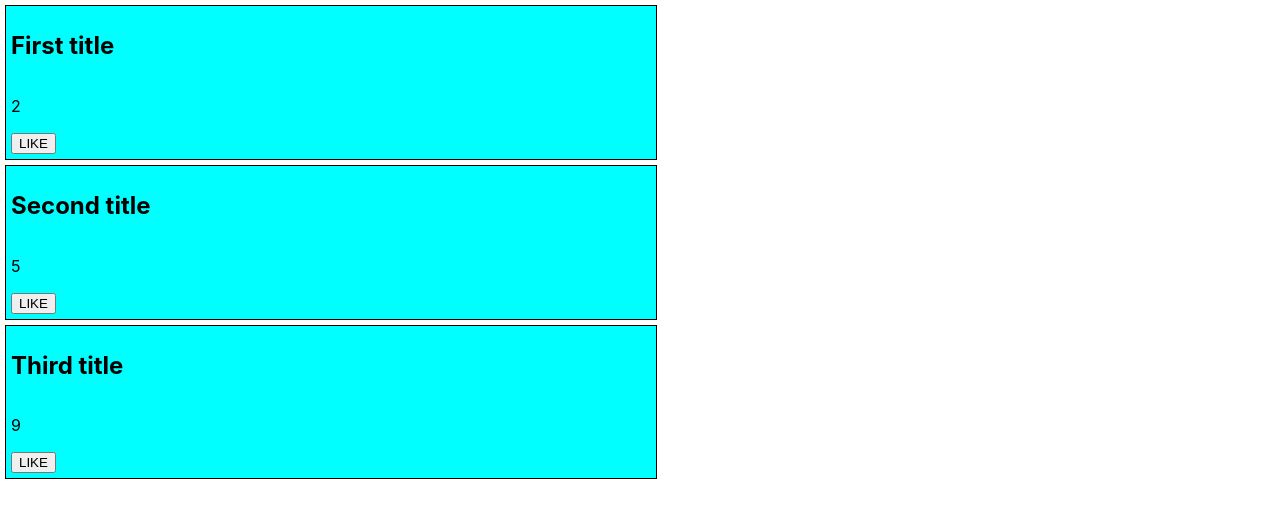
Repository: asapvtec98/egzamin
Page: /
These files come from the project's save history. The page is drawn as it stood at one moment and after the next save; the edit follows.
The browser window is 1280 px wide. The pictures show the whole page.
The project was rebuilt for these pictures with package versions that can differ from the ones it lists, and the page was loaded fresh each time.

Above is the page before, as saved 2023-11-14 09:55:43.

After the next save:
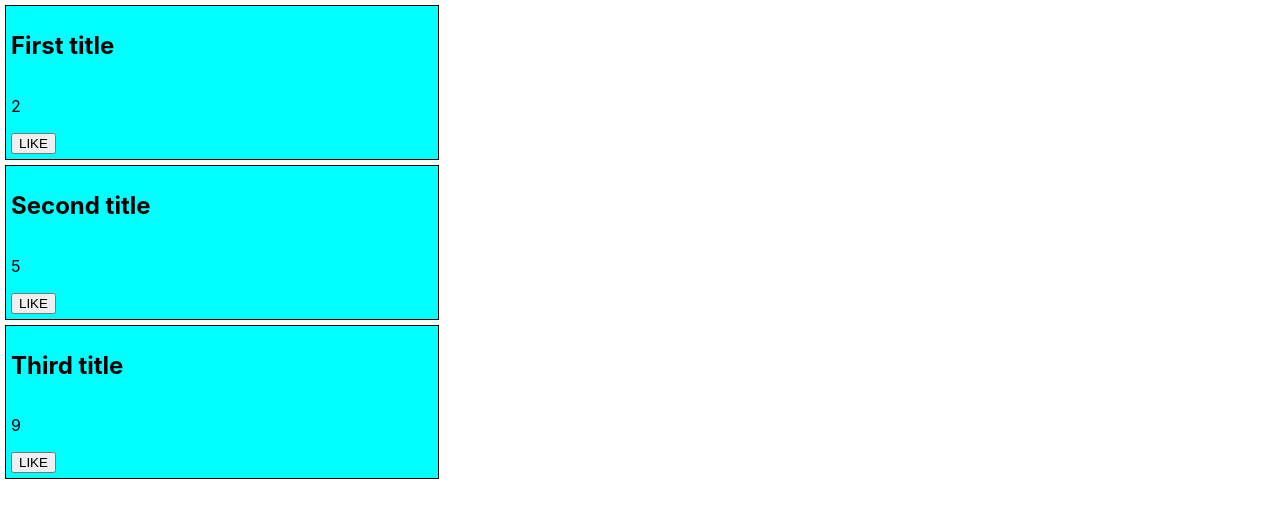
Saved 21 s later.
--- a/src/components/Comment.css
+++ b/src/components/Comment.css
@@ -1,7 +1,7 @@
 .comment {
     border: 1px solid black;
     background-color:aqua;
-    width: 50%;
+    width: 33%;
     padding: 5px;
     margin: 5px;
 
